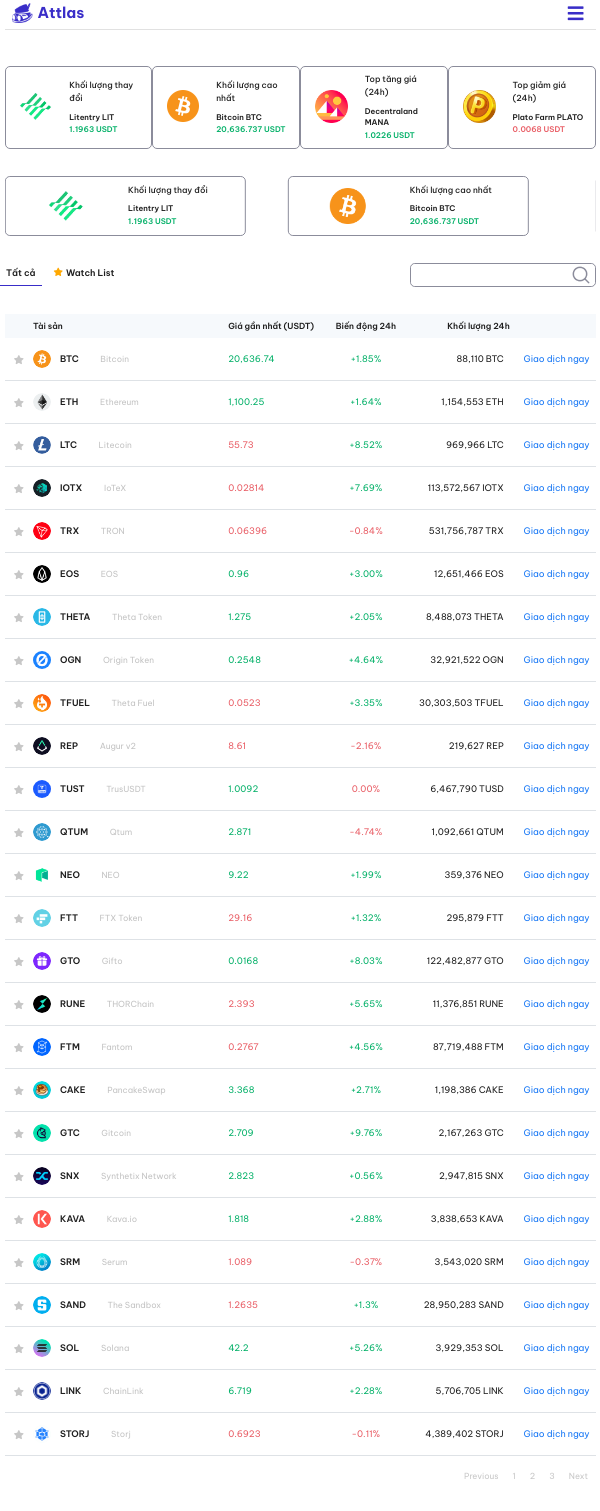
Repository: 1509Long/1509long.github.io
Page: techmaster-test/homepage.html
An editor plug-in stored every save of this project. The page is shown before and after the next save, followed by the edit.
The browser window is 600 px wide. The pictures show the whole page.

Above is the page before, as saved 2022-07-19 16:35:04.

### techmaster-test/homepage.html
<!DOCTYPE html>
<html lang="en">
  <head>
    <title>Title</title>
    <!-- Required meta tags -->
    <meta charset="utf-8" />
    <meta
      name="viewport"
      content="width=device-width, initial-scale=1, shrink-to-fit=no"
    />

    <!-- Bootstrap CSS v5.2.0-beta1 -->
    <link
      rel="stylesheet"
      href="https://cdn.jsdelivr.net/npm/bootstrap@5.2.0-beta1/dist/css/bootstrap.min.css"
      integrity="sha384-0evHe/X+R7YkIZDRvuzKMRqM+OrBnVFBL6DOitfPri4tjfHxaWutUpFmBp4vmVor"
      crossorigin="anonymous"
    />
    <link
      rel="stylesheet"
      href="https://cdnjs.cloudflare.com/ajax/libs/font-awesome/5.15.3/css/all.min.css"
      integrity="sha512-iBBXm8fW90+nuLcSKlbmrPcLa0OT92xO1BIsZ+ywDWZCvqsWgccV3gFoRBv0z+8dLJgyAHIhR35VZc2oM/gI1w=="
      crossorigin="anonymous"
      referrerpolicy="no-referrer"
    />
    <script src="https://ajax.googleapis.com/ajax/libs/jquery/3.6.0/jquery.min.js"></script>

    <link rel="stylesheet" href="./homepage.css" />
    <link rel="stylesheet" href="./navbar-search.css" />
  </head>
  <body>
    <div class="container-lg">
      <nav class="navbar navbar-expand-md top-md-navbar">
        <div class="container-fluid">
          <a class="navbar-brand" href="./homepage.html">
            <div class="d-flex align-items-center attlas-logo-navbar">
              <img src="./img/header-logo.png" class="img-fluid" alt="" />
              <p>Attlas</p>
            </div>
          </a>
          <button
            class="navbar-toggler"
            type="button"
            data-bs-toggle="collapse"
            data-bs-target="#navbarNavAltMarkup"
            aria-controls="navbarNavAltMarkup"
            aria-expanded="false"
            aria-label="Toggle navigation"
          >
            <i class="fas fa-bars"></i>
          </button>

          <div class="collapse navbar-collapse" id="navbarNavAltMarkup">
            <div
              class="d-flex justify-content-between align-items-center nav-text"
            >
              <ul class="navbar-nav navbar-part1">
                <li class="nav-item dropdown">
                  <a
                    class="nav-link dropdown-toggle"
                    href="#"
                    id="navbarDropdown"
                    role="button"
                    data-bs-toggle="dropdown"
                    aria-expanded="false"
                  >
                    Giao dịch
                  </a>
                  <ul class="dropdown-menu" aria-labelledby="navbarDropdown">
                    <li><a class="dropdown-item" href="#">Spot</a></li>
                    <li>
                      <a class="dropdown-item" href="#">Ký quỹ</a>
                    </li>
                    <li>
                      <a class="dropdown-item" href="#">P2P trading</a>
                    </li>
                  </ul>
                </li>
                <li class="nav-item">
                  <a class="nav-link" href="#">Thị trường</a>
                </li>
                <li class="nav-item">
                  <a class="nav-link" href="#">Phái sinh</a>
                </li>
                <li class="nav-item dropdown">
                  <a
                    class="nav-link dropdown-toggle"
                    href="#"
                    id="navbarDropdown"
                    role="button"
                    data-bs-toggle="dropdown"
                    aria-expanded="false"
                  >
                    Earn
                  </a>
                  <ul class="dropdown-menu" aria-labelledby="navbarDropdown">
                    <li><a class="dropdown-item" href="#">Launchpad</a></li>
                    <li>
                      <a class="dropdown-item" href="#">Staking</a>
                    </li>
                    <li>
                      <a class="dropdown-item" href="#">Farming</a>
                    </li>
                  </ul>
                </li>
              </ul>

              <ul class="navbar-nav navbar-part2">
                <li class="nav-item d-flex align-items-center">
                  <a class="nav-link account-wallet" href="./wallet.html"
                    >Wallet</a
                  >
                </li>
                <li class="nav-item d-flex align-items-center">
                  <a class="nav-link" href="#"><i class="fas fa-bell"></i></a>
                </li>
                <li class="nav-item">
                  <a class="nav-link" href="#">
                    <div class="d-flex align-items-center user-account">
                      <p>Jen Glover</p>
                      <img
                        src="./img/Rectangle 356.png"
                        class="img-fluid"
                        alt=""
                      />
                    </div>
                  </a>
                </li>
              </ul>
            </div>
          </div>
        </div>
      </nav>

      <div class="top-of-the-day d-flex justify-content-between">
        <div class="d-flex align-items-center">
          <div class="token-top">
            <img src="./img/589_Yrl.png" class="img-fluid" alt="" />
          </div>
          <div class="infomation-token-of-the-day">
            <p>Khối lượng thay đổi</p>
            <p>Litentry LIT</p>
            <p class="increase">1.1963 USDT</p>
          </div>
        </div>
        <div class="d-flex align-items-center">
          <div class="token-top">
            <img src="./img/1.png" class="img-fluid" alt="" />
          </div>
          <div class="infomation-token-of-the-day">
            <p>Khối lượng cao nhất</p>
            <p>Bitcoin BTC</p>
            <p class="increase">20,636.737 USDT</p>
          </div>
        </div>
        <div class="d-flex align-items-center">
          <div class="token-top">
            <img src="./img/icon_MANA.png" class="img-fluid" alt="" />
          </div>
          <div class="infomation-token-of-the-day">
            <p>Top tăng giá (24h)</p>
            <p>Decentraland MANA</p>
            <p class="increase">1.0226 USDT</p>
          </div>
        </div>
        <div class="d-flex align-items-center">
          <div class="token-top">
            <img src="./img/icon_PLATO.png" class="img-fluid" alt="" />
          </div>
          <div class="infomation-token-of-the-day">
            <p>Top giảm giá (24h)</p>
            <p>Plato Farm PLATO</p>
            <p class="decrease">0.0068 USDT</p>
          </div>
        </div>
      </div>

      <div
        id="carousel-slider-responsive"
        class="carousel slide"
        data-bs-ride="carousel"
      >
        <div class="carousel-inner">
          <div class="carousel-item active">
            <div class="row d-flex justify-content-evenly">
              <div class="col-6 col-sm-5 col-md-4">
                <div class="carousel-top-token">
                  <div class="token-top">
                    <img src="./img/589_Yrl.png" class="img-fluid" alt="" />
                  </div>
                  <div class="infomation-token-of-the-day">
                    <p>Khối lượng thay đổi</p>
                    <p>Litentry LIT</p>
                    <p class="increase">1.1963 USDT</p>
                  </div>
                </div>
              </div>
              <div class="col-6 col-sm-5 col-md-4">
                <div class="carousel-top-token">
                  <div class="token-top">
                    <img src="./img/1.png" class="img-fluid" alt="" />
                  </div>
                  <div class="infomation-token-of-the-day">
                    <p>Khối lượng cao nhất</p>
                    <p>Bitcoin BTC</p>
                    <p class="increase">20,636.737 USDT</p>
                  </div>
                </div>
              </div>
            </div>
          </div>

          <div class="carousel-item">
            <div class="row d-flex justify-content-evenly">
              <div class="col-6 col-sm-5 col-md-4">
                <div class="carousel-top-token">
                  <div class="token-top">
                    <img src="./img/icon_MANA.png" class="img-fluid" alt="" />
                  </div>
                  <div class="infomation-token-of-the-day">
                    <p>Top tăng giá (24h)</p>
                    <p>Decentraland MANA</p>
                    <p class="increase">1.0226 USDT</p>
                  </div>
                </div>
              </div>
              <div class="col-6 col-sm-5 col-md-4">
                <div class="carousel-top-token">
                  <div class="token-top">
                    <img src="./img/icon_PLATO.png" class="img-fluid" alt="" />
                  </div>
                  <div class="infomation-token-of-the-day">
                    <p>Top giảm giá (24h)</p>
                    <p>Plato Farm PLATO</p>
                    <p class="decrease">0.0068 USDT</p>
                  </div>
                </div>
              </div>
            </div>
          </div>
        </div>
      </div>

      <div>
        <div class="row d-flex justify-content-between align-items-center">
          <ul
            class="nav nav-pills col-5"
            id="pills-tab"
            role="tablist"
          >
            <li class="nav-item" role="presentation">
              <button
                class="nav-link active"
                id="pills-home-tab"
                data-bs-toggle="pill"
                data-bs-target="#pills-home"
                type="button"
                role="tab"
                aria-controls="pills-home"
                aria-selected="true"
              >
                Tất cả
              </button>
            </li>
            <li class="nav-item" role="presentation">
              <button
                class="nav-link d-flex align-items-center"
                id="pills-profile-tab"
                data-bs-toggle="pill"
                data-bs-target="#pills-profile"
                type="button"
                role="tab"
                aria-controls="pills-profile"
                aria-selected="false"
              >
                <i class="fas fa-star star-navbar"></i> Watch List
              </button>
            </li>
          </ul>

          <div class="col-5 d-flex justify-content-end search-bar-title">
            <div class="input-group has-validation search-bar">
              <input
                type="text"
                class="form-control search"
                id="validationCustomUsername"
                aria-describedby="inputGroupPrepend"
              />
              <span class="input-group-text search-icon" id="inputGroupPrepend"
                ><img src="./img/Group.png"
              /></span>
            </div>
          </div>
        </div>

        <div class="tab-content" id="pills-tabContent">
          <div
            class="tab-pane fade show active"
            id="pills-home"
            role="tabpanel"
            aria-labelledby="pills-home-tab"
            tabindex="0"
          >
            <table id="table" class="table align-middle">
              <thead>
                <tr>
                  <th scope="col"></th>
                  <th scope="col">Tài sản</th>
                  <th scope="col">Giá gần nhất (USDT)</th>
                  <th scope="col">Biến động 24h</th>
                  <th scope="col">Khối lượng 24h</th>
                  <th scope="col"></th>
                </tr>
              </thead>
              <tbody></tbody>
            </table>
            <div>
              <nav aria-label="navigation">
                <ul class="pagination d-flex justify-content-end">
                  <li class="page-item">
                    <a class="page-link" href="#">Previous</a>
                  </li>
                  <li class="page-item"><a class="page-link" href="#">1</a></li>
                  <li class="page-item"><a class="page-link" href="#">2</a></li>
                  <li class="page-item"><a class="page-link" href="#">3</a></li>
                  <li class="page-item">
                    <a class="page-link" href="#">Next</a>
                  </li>
                </ul>
              </nav>
            </div>
          </div>
          <div
            class="tab-pane fade"
            id="pills-profile"
            role="tabpanel"
            aria-labelledby="pills-profile-tab"
            tabindex="0"
          >
            <table id="table" class="table align-middle">
              <thead>
                <tr>
                  <th scope="col"></th>
                  <th scope="col">Tài sản</th>
                  <th scope="col">Giá gần nhất (USDT)</th>
                  <th scope="col">Biến động 24h</th>
                  <th scope="col">Khối lượng 24h</th>
                  <th scope="col"></th>
                </tr>
              </thead>
              <tbody></tbody>
            </table>
          </div>
        </div>
      </div>
    </div>
    <!-- Bootstrap JavaScript Libraries -->
    <script
      src="https://cdn.jsdelivr.net/npm/@popperjs/core@2.11.5/dist/umd/popper.min.js"
      integrity="sha384-Xe+8cL9oJa6tN/veChSP7q+mnSPaj5Bcu9mPX5F5xIGE0DVittaqT5lorf0EI7Vk"
      crossorigin="anonymous"
    ></script>

    <script
      src="https://cdn.jsdelivr.net/npm/bootstrap@5.2.0-beta1/dist/js/bootstrap.min.js"
      integrity="sha384-kjU+l4N0Yf4ZOJErLsIcvOU2qSb74wXpOhqTvwVx3OElZRweTnQ6d31fXEoRD1Jy"
      crossorigin="anonymous"
    ></script>

    <script src="./file-data.js"></script>

    <script>
      var table = document.querySelector("#table tbody");

      function inToTable(data) {
        for (var i = 0; i < data.length; i++) {
          var infomation = data[i];
          var row = document.createElement("tr");
          var key = ["box1", "asset", "price", "change", "volumn", "link"];

          for (var j = 0; j < key.length; j++) {
            var cell = document.createElement("td");
            cell.innerHTML = infomation[key[j]];

            row.appendChild(cell);
          }
          table.appendChild(row);
        }
      }

      inToTable(informationTokenHomePage);

      var tableInfoChange = document.querySelectorAll("tr td:nth-child(4)");
      var tableInfoPrice = document.querySelectorAll("tr td:nth-child(3)");

      function putColor(data) {
        for (i = 0; i < data.length; i++) {
          tableInfoPrice[i].innerHTML = parseFloat(
            tableInfoPrice[i].textContent
          ).toLocaleString("en-US", { maximumFractionDigits: "5" });

          if (parseFloat(data[i].change) > 0) {
            tableInfoChange[i].setAttribute("class", "increase");
            tableInfoPrice[i].setAttribute("class", "increase");
          } else {
            tableInfoChange[i].setAttribute("class", "decrease");
            tableInfoPrice[i].setAttribute("class", "decrease");
          }
        }
      }

      putColor(informationTokenHomePage);

      function fillColorForPrice() {
        tableInfoPrice[2].setAttribute("class", "decrease");
        tableInfoPrice[3].setAttribute("class", "decrease");
        tableInfoPrice[8].setAttribute("class", "decrease");
        tableInfoPrice[10].setAttribute("class", "increase");
        tableInfoPrice[11].setAttribute("class", "increase");
        tableInfoPrice[13].setAttribute("class", "decrease");
        tableInfoPrice[15].setAttribute("class", "decrease");
        tableInfoPrice[16].setAttribute("class", "decrease");
        tableInfoPrice[20].setAttribute("class", "increase");
        tableInfoPrice[22].setAttribute("class", "decrease");
        tableInfoPrice[25].setAttribute("class", "decrease");
      }

      fillColorForPrice();
    </script>

    <script>
      function yellowStar(x) {
        console.log(x.classList);
        x.classList.toggle("yellow");
      }
    </script>
  </body>
</html>

### techmaster-test/homepage.css
@import url('https://fonts.googleapis.com/css2?family=Be+Vietnam+Pro:ital,wght@0,100;0,400;0,500;0,600;0,700;0,900;1,100;1,300;1,400;1,500;1,600;1,800;1,900&display=swap');
html {
    font-size: 10px;
}

* {
     box-sizing: border-box !important;
}

body {
    font-family: 'Be Vietnam Pro', sans-serif;
}

.padding {
    padding: 0 !important;
}

.margin , .img-fluid {
    margin: 0 !important;
}

p {
    font-size: 1.4rem;
    font-weight: 400;
    margin-bottom: 0;
    color: #1F1F1F;
}

a {
    text-decoration: none;
}

.increase {
    color: #05B169;
}

.decrease {
    color: #E95F67;
}

@media screen and (max-width : 1399px) {
    html {
        font-size: 9px;
    }
}

@media screen and (max-width : 1199px) {
    html {
        font-size: 8px;
    }
}

@media screen and (max-width : 991px) {
    html {
        font-size: 7px;
    }
}

/* @media screen and (max-width : 844px) {
    .top-of-the-day {
        display: none !important;
    }

    #carousel-slider-responsive {
        display: block !important;
    }
} */

@media screen and (max-width : 767px) {
    html {
        font-size: 6px;
    }

    #carousel-slider-responsive {
        display: block !important;
    }
}

/* 4 div in header */
.top-of-the-day {
    margin: 0 0 4.5rem;
}

.top-of-the-day > div {
    width: 29rem;
    padding: 1rem 1.5rem;
    border-radius: 5px;
    border: 0.5px solid #8B8C9B;
}

.token-top {
    width: 7.6rem;
    height: 7.6rem;
    padding: 0.8rem;
    display: block;
    justify-content: center;
    align-items: center;
    margin-right: 2rem;
}

.infomation-token-of-the-day {
    display: flex;
    flex-direction: column;
    justify-content: space-around;
}

.infomation-token-of-the-day p:first-child {
    font-weight: 500;
    font-size: 1.4rem;
    margin-bottom: 1.2rem;
}

.infomation-token-of-the-day p:nth-child(2) {
    font-weight: 600;
    font-size: 1.3rem;
    margin-bottom: 0.2rem;
}

.infomation-token-of-the-day p:last-child {
    font-weight: 600;
    font-size: 1.3rem;
}

/* Responsive (mobile and tablet) */
#carousel-slider-responsive {
    display: none;
    margin: 0 0 4.5rem;
}

.carousel-top-token {
    display: flex;
    justify-content: space-evenly;
    align-items: center;
    padding: 1rem 1.5rem;
    border-radius: 5px;
    border: 0.5px solid #8B8C9B;
}

/* Navs and tabs */

.star-navbar {
    font-size: 1.4rem;
    color: #FFA800;
    padding-right: 0.5rem;
}

.nav-link {
    font-size: 1.5rem;
    font-weight: 600;
    color: #1F1F1F;
    transition: 0.3s;
}

#pills-home-tab {
    margin-right: 1rem;
}

.nav-pills .nav-link.active, .nav-pills .show>.nav-link {
    background-color: #fff;
    color: #1F1F1F;
    padding-bottom: 1rem;
    border-bottom: 0.3rem solid #392dc8;
    border-radius: 0;
}



/* Table */
#table {
    width: 100%;
    margin-top: 4.5rem;
}

.table>:not(caption)>*>* {
    padding: 2rem 0;
}

tbody tr td , .click-here {
    font-size: 1.5rem;
    font-weight: 400;
    color: #1F1F1F;
}

thead tr th {
    color: #1F1F1F;
    font-size: 1.4rem;
    font-weight: 600;
    padding: 1rem 0 !important;
    background: #F6F9FC !important;
    border: none;
}

tbody tr td:first-child , thead tr th:first-child {
    width: 6.2rem;
    text-align: center;
}

tbody tr td:nth-child(2) , thead tr th:nth-child(2) {
    width: 41.8rem;
}

tbody tr td:nth-child(3) , tbody tr td:nth-child(4) , tbody tr td:nth-child(5) , tbody tr td:last-child {
    width: 21rem;
}

thead tr th:nth-child(3) , thead tr th:nth-child(4) , thead tr th:nth-child(5) , thead tr td:last-child {
    width: 21rem;
}

tbody tr td:nth-child(4) , thead tr th:nth-child(4) {
    text-align: center;
}

tbody tr td:nth-child(5) , tbody tr td:last-child , thead tr th:last-child , thead tr th:nth-child(5) {
    text-align: end;
    padding-right: 1rem;
}

.watch-list {
    color: #C7C7C7;
    padding: 0.5rem;
}

.yellow {
    color: #FFA800 !important;
}

.size {
    width: 3rem;
    border-radius: 4rem;
}

.asset p:last-child {
    font-size: 1.4rem;
    font-weight: 400;
    color: #C3C3C3;
}

.asset p:nth-child(2) {
    font-size: 1.5rem;
    font-weight: 600;
    margin-right: 3.6rem;
    margin-left: 1.5rem;
}

.click-here {
    color: #1576F5;
}

.click-here:hover , .click-here:focus {
    color: #0857be;
}

/* Pagination */
.pagination {
    margin: 1.5rem 0 4rem;
}

.page-link {
    font-size: 1.4rem;
    font-weight: 400;
    color: #C7C7C7;
    padding: 0.75rem 1.25rem;
    border-radius: 0.5rem;
    border: none;
}

.page-link:focus , .page-link:hover {
    font-weight: 600;
    box-shadow: 0 0 0 0;
    color: #1F1F1F;
}

/* Scrollbar */
::-webkit-scrollbar {
    max-width: 1rem;
}

::-webkit-scrollbar-track {
    background-color: #fff;
}

::-webkit-scrollbar-thumb {
    background-color: #392DC8;
    height: 5rem;
}

::-webkit-scrollbar-thumb:hover {
    background-color: #251d83;
}

### techmaster-test/navbar-search.css
/* Attlas-logo-navbar */
.attlas-logo-navbar img {
    width: 3.5rem;
}

.attlas-logo-navbar p {
    color: #392dc8;
    font-size: 2.5rem;
    font-weight: 700;
    margin-left: 0.75rem;
}

.navbar-brand {
    margin-right: 5rem;
}

/* Nav-bar */
.nav-text {
    width: 100%;
}

.top-navbar .nav-link {
    font-size: 1.5rem;
    font-weight: 600;
    padding: 1rem !important;
    color: #1F1F1F;
}

.top-md-navbar {
    margin-bottom: 6rem;
    padding: 0 0.5rem 0.5rem;
    border-bottom: 1px solid #E1E1E1;
}

.navbar-part1 {
    gap: 3rem;
}

.navbar-part2 {
    gap: 1.5rem;
}

.user-account p {
    margin-right: 1.5rem;
    font-size: 1.5rem;
    font-weight: 600;
    color: #392dc8;
}

.user-account img {
    max-width: 3.5rem;
    width: 100%;
    border-radius: 2.4rem;
}

.fa-bell {
    font-size: 2rem;
    color: #392dc8;
}

.account-wallet {
    color: #392dc8 !important;
}

.dropdown-item {
    width: 30rem;
    font-size: 1.4rem;
    font-weight: 500;
    padding: 1rem 0.75rem !important;
    color: #b3b2b2;
}

.dropdown-item:focus, .dropdown-item:hover {
    background-color: #dfd9f7;
    color: #1F1F1F;
}

.dropdown-menu {
    border-radius: 0.5rem;
    border: 1px solid #E1E1E1;
    border-top: 0;
    background-color: #fff;
    padding: 1rem 0;

}

.navbar-expand-lg .navbar-nav .dropdown-menu {
    position: absolute;
    top: 5.3rem;
}

/* Responsive (mobile and tablet) */

.fa-bars {
    font-size: 3rem;
    color: #392dc8;
}

.navbar-toggler {
    border: none;
}

.navbar-toggler:focus {
    border: none;
    box-shadow: 0 0 0 0;
}

@media screen and (max-width : 767px) {
    .nav-text {
        flex-direction: column !important;
        align-items: start !important;
        padding: 1.5rem;
    }

    .navbar-part1 , .navbar-part2 {
        gap: 0;
    }

    .navbar-part1 li {
        margin-bottom: 1rem;
    }

    .navbar-part2 li {
        margin-top: 1.25rem;
    }

    .navbar-part2 li:nth-child(2) , .navbar-part2 li:nth-child(3) {
        display: none !important;
    }

    .dropdown-menu {
        border: none;
        padding: 0;
    }
}

/* Search bar */
.search-bar {
    width: 31rem;
    height: 4rem;
    border: 0.5px solid #8B8C9B;
    border-radius: 0.8rem;
}

.search {
    background-color: #fff;
    color: #1F1F1F;
    font-size: 1.4rem;
    font-weight: 500;
    border: 0;
    border-radius: 0.8rem;
}

.search-icon {
    background-color: #fff;
    box-shadow: 0 0 0 0;
    border: 0;
    border-radius: 0.8rem;
}

.search:focus {
    box-shadow: 0 0 0 0;
}

.search-bar:hover {
    border-color: #1576F5;
}

Loaded but not shown: techmaster-test/file-data.js (396 lines, source omitted)

After the next save:
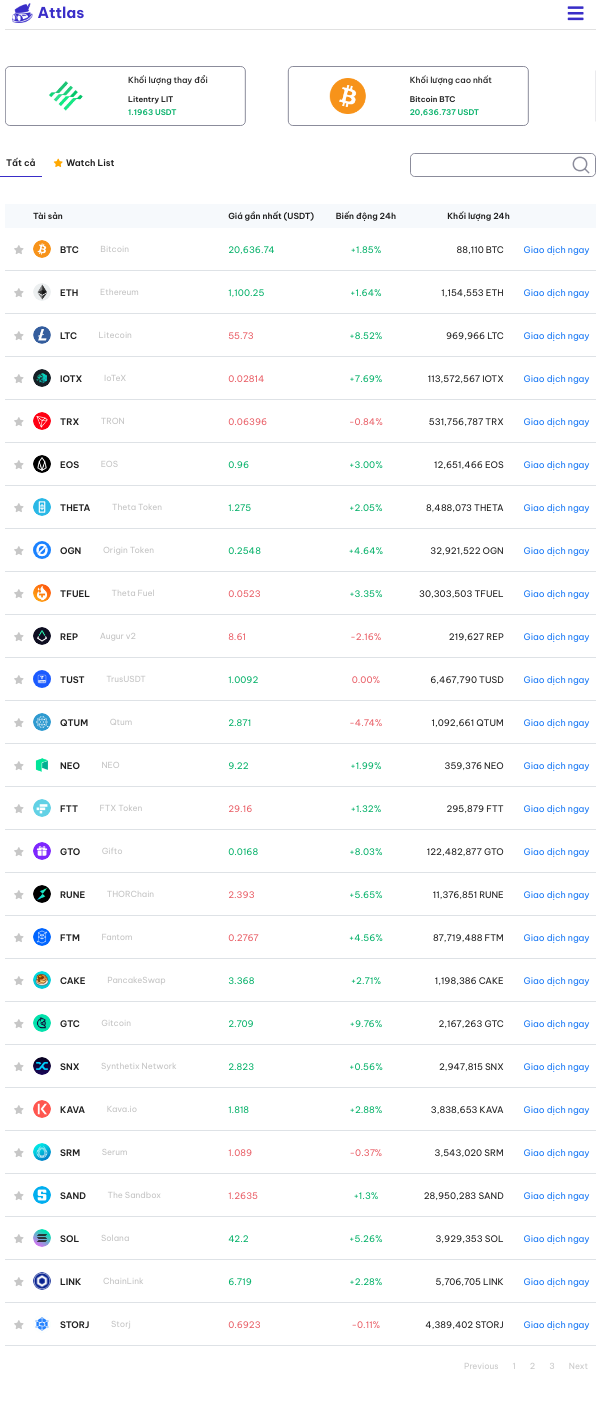
Saved 45 s later.
--- a/techmaster-test/homepage.css
+++ b/techmaster-test/homepage.css
@@ -56,7 +56,7 @@
     }
 }
 
-/* @media screen and (max-width : 844px) {
+@media screen and (max-width : 844px) {
     .top-of-the-day {
         display: none !important;
     }
@@ -64,15 +64,11 @@
     #carousel-slider-responsive {
         display: block !important;
     }
-} */
+}
 
 @media screen and (max-width : 767px) {
     html {
         font-size: 6px;
-    }
-
-    #carousel-slider-responsive {
-        display: block !important;
     }
 }
 
